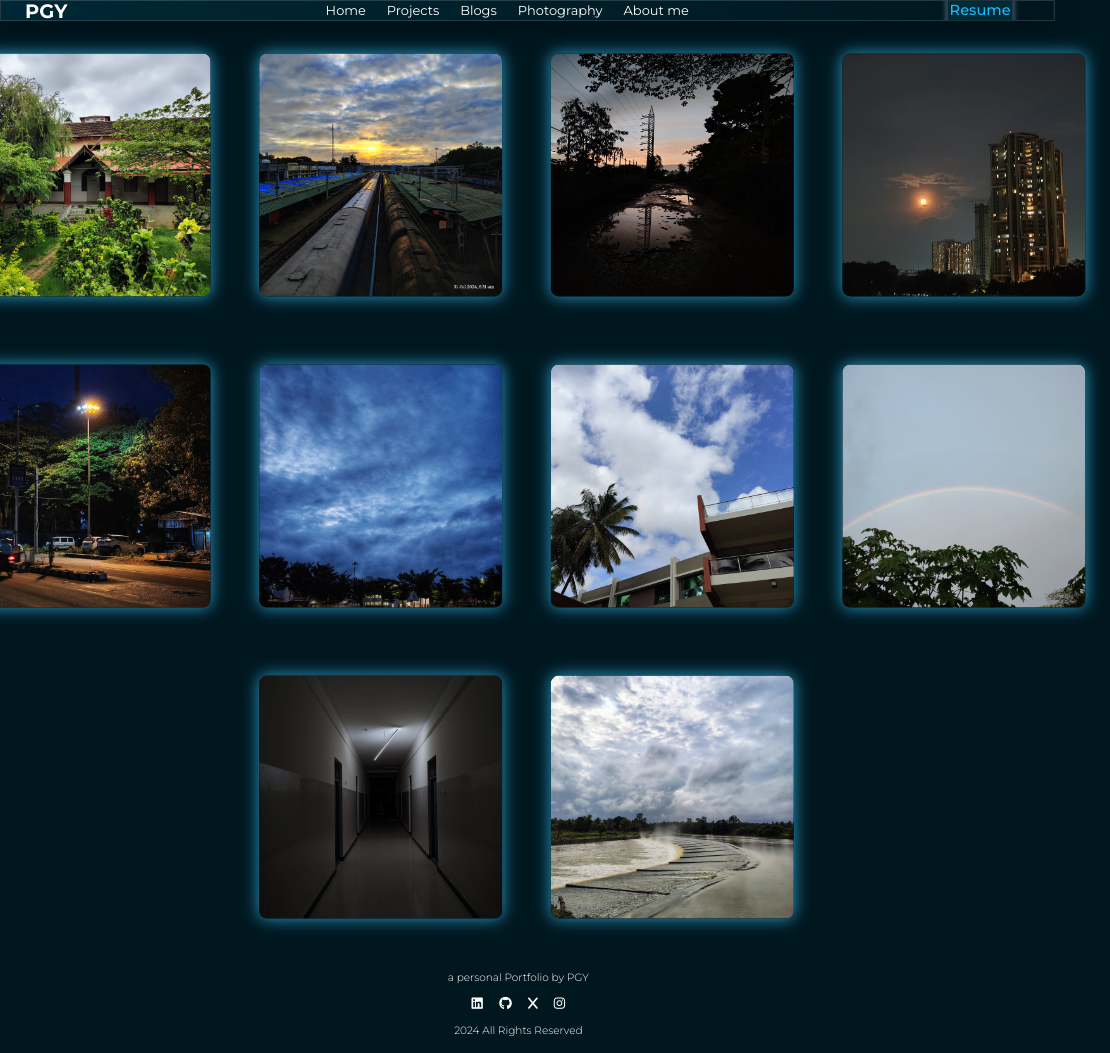
Repository: pgyunknown/pgyunknown
Page: photography.html
An editor plug-in stored every save of this project. The page is shown before and after the next save, followed by the edit.
The browser window is 1280 px wide. The page is 1370 px wide, so the pictures cover 1370 px, including what lies to the right of the window. The pictures show the whole page, at 81% of full size.
Some web libraries are served in a nearby version.

Above is the page before, as saved 2024-08-24 01:39:39.

After the next save:
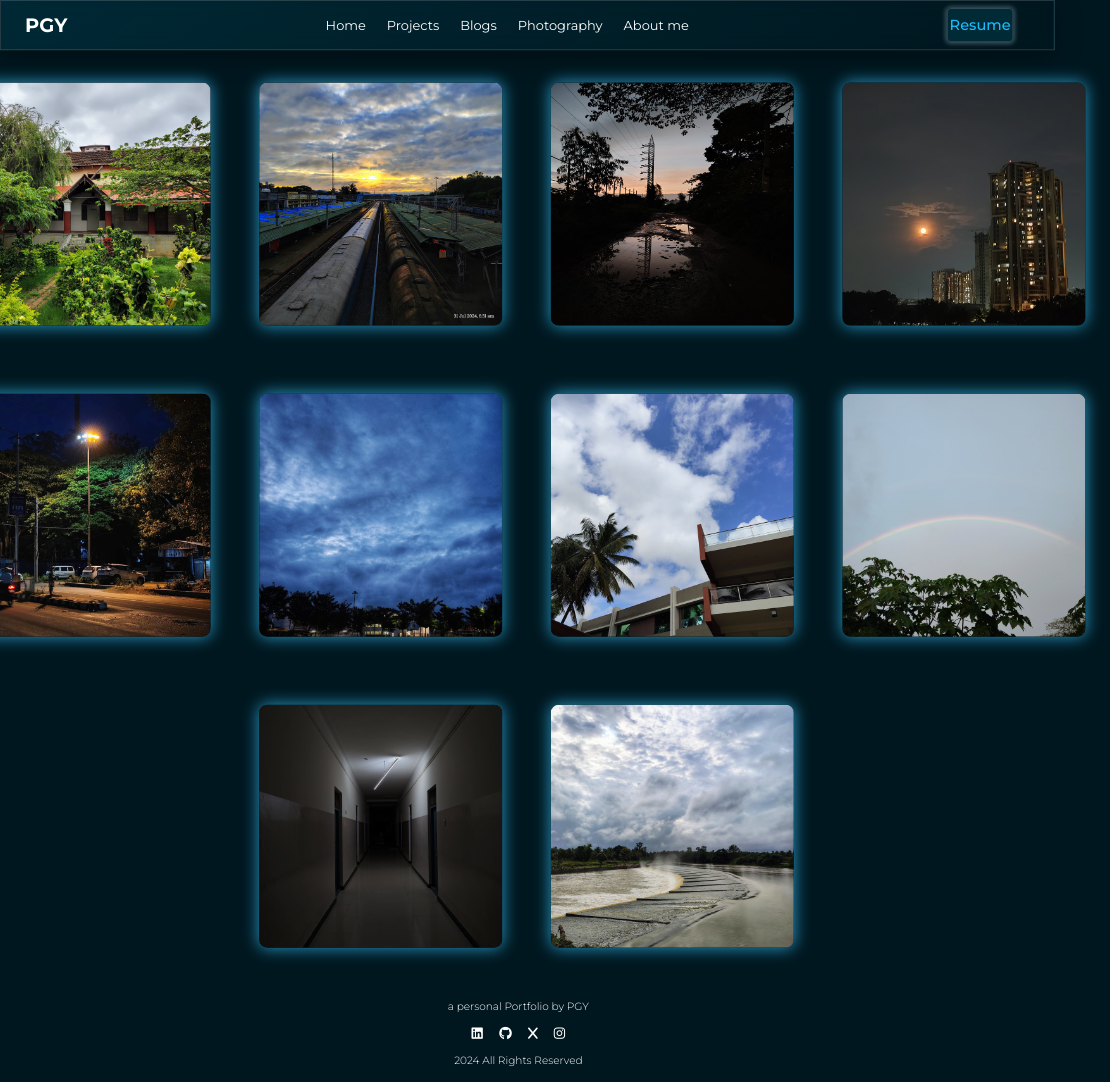
Saved 11 s later.
--- a/photography.css
+++ b/photography.css
@@ -28,7 +28,7 @@ header{
     overflow: hidden;
     position: sticky; /* Set the navbar to fixed position */
     top: 0; /* Position the navbar at the top of the page */
-    height: 4px;
+    height: 40px;
     width: 100%;
 }
 
